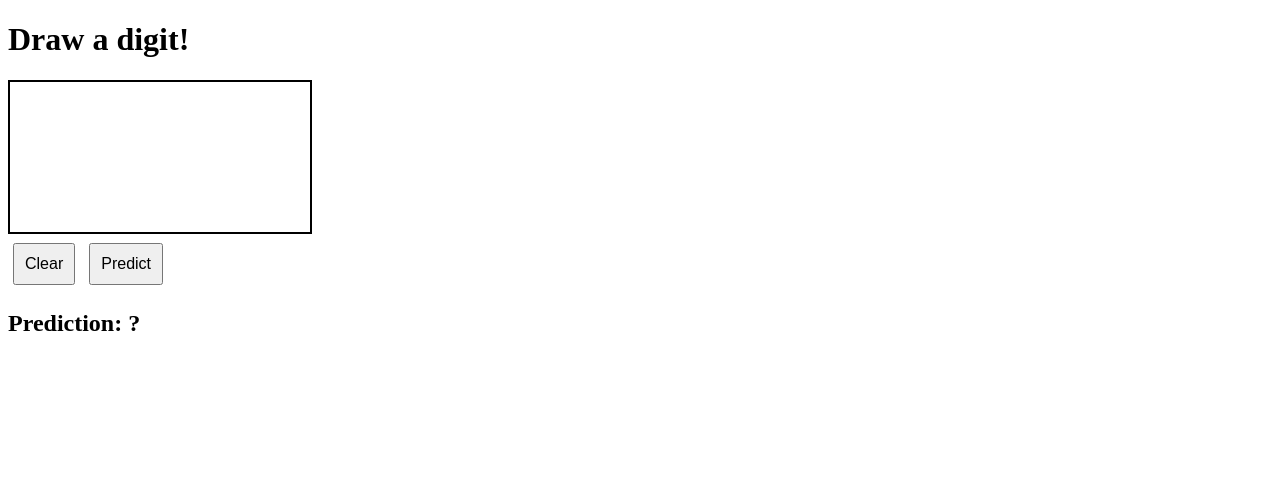
Repository: arturr0/tf_wright
Page: no-pixels/index.html
These files come from the project's save history. The page is drawn as it stood at one moment and after the next save; the edit follows.
The browser window is 1280 px wide. The pictures show the whole page.
The page's requests for data from a server got no answer.

Above is the page before, as saved 2025-04-28 01:29:23.
Not found: no-pixels/mnistData.js

After the next save:
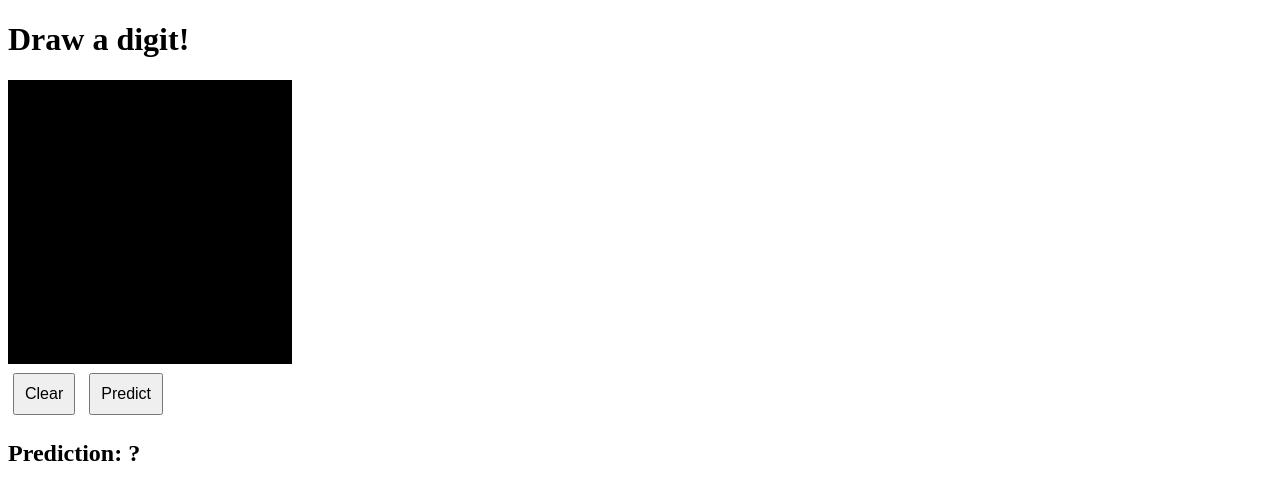
Saved 111 s later.
--- a/no-pixels/script.js
+++ b/no-pixels/script.js
@@ -1,5 +1,5 @@
 import { MnistData } from './data.js';
-import { NUM_TRAIN_ELEMENTS, NUM_TEST_ELEMENTS } from './mnistData.js';
+import { NUM_TRAIN_ELEMENTS, NUM_TEST_ELEMENTS } from './data.js';
 
 let model;
 let data;
